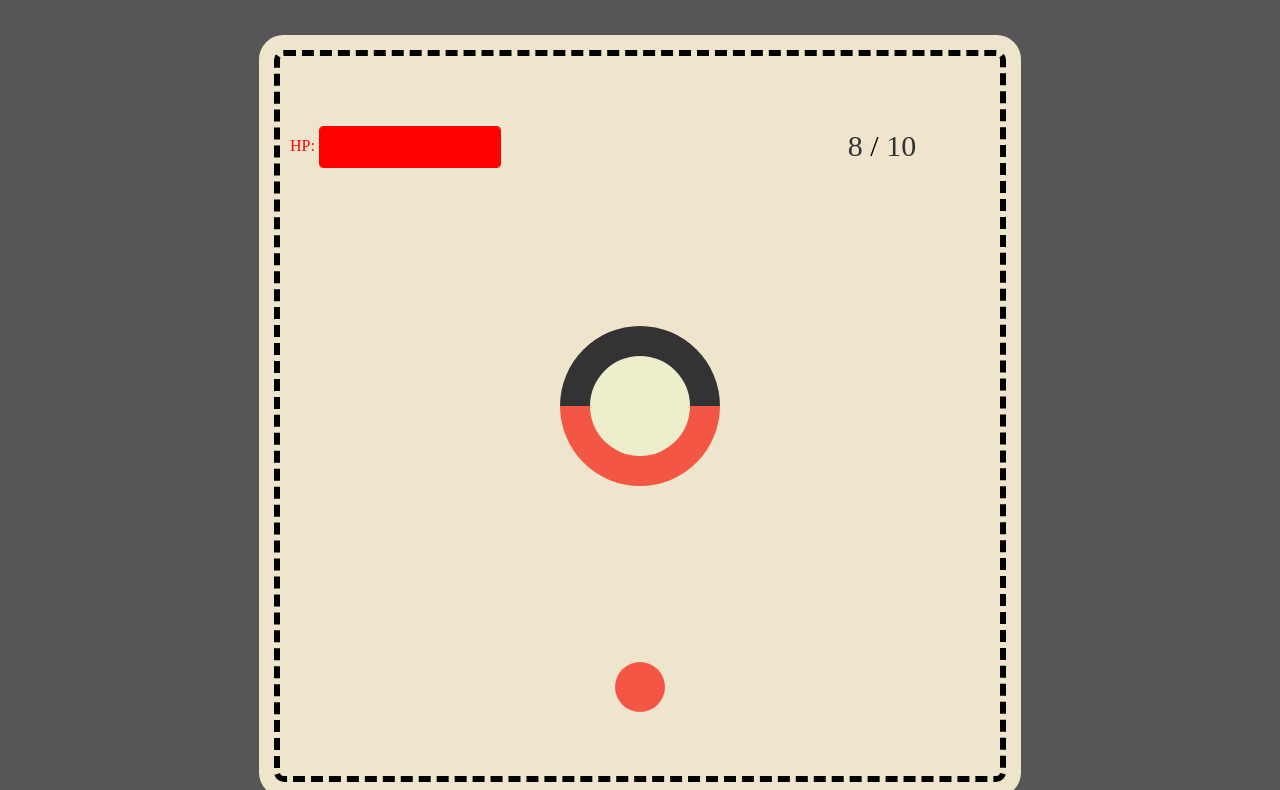
Repository: EEETA/ball-game
Page: theBall2/index.html
An editor plug-in stored every save of this project. The page is shown before and after a run of saves, followed by the edit.
The browser window is 1280 px wide. The pictures show the whole page.
After loading, the first visible `button.start` was clicked once.

Above is the page before, as saved 2018-07-29 17:04:07.

### theBall2/index.html
<!DOCTYPE html>
<html lang="en">
<head>
    <meta charset="UTF-8">
    <title>theBall</title>
	<link rel="stylesheet" href="style/index.css">
    <script src="js/jquery-1.8.3.min.js"></script>
	<script src="js/jquery.rotate.min.js"></script>
</head>
<body>
    <section class="box">
        <!-- 旋转div -->
        <section class="ball ballZhuan">
            <div class="redPart_box">
                <div class="redPart"></div>
            </div>
            <div class="blackPart_box">
                <div class="blackPart"></div>
            </div>
            <div class="middlePart"></div>
        </section>
        <div class="ball2"></div>

        <section class="idx_pattern">
            <!-- 主界面-游戏模式 -->
        </section>
        <section class="idx_intro">
            <!-- 主界面-游戏玩法 -->
        </section>

        <section class="game_mask">
        <!-- 游戏界面-娱乐模式遮罩提示层 -->
        </section>
        <div class="arrow">
            <!-- 升级效果 -->
        </div>
        <section class="game_shootBox">
            <!-- 游戏界面-小球发射 -->
        </section>
        <section class="game_fraction">
            <!-- 游戏界面-分数血量显示 -->
        </section>
        <section class="game_hanlder">
            <!-- 游戏界面-结束模块 -->
        </section>
    </div>

    <script src="data/data.js"></script>
    <script>
        const patternLen = pattern.length;
        const idxPattern = document.querySelector('.idx_pattern');
        const idxIntro = document.querySelector('.idx_intro');
        const gameShootBox = document.querySelector('.game_shootBox');
        const gameFraction = document.querySelector('.game_fraction');
        const gameHanlder = document.querySelector('.game_hanlder');
        const gameMask = document.querySelector('.game_mask');
        var my=[];
        /*主界面-游戏模式*/
        for(var i=0;i<patternLen;i++){
            let idxPatternMain=`<div class="playWrap">
                                    <div class="playTit"> ${pattern[i].patternName} </div>
                                    <div class="playIntroduce">
                                        <div class="playIntroduceTxt">1.通关条件 <span style="color:#EE8E4E"> ${pattern[i].explain.condition} </span></div>
                                        <div class="playIntroduceTxt">2. ${pattern[i].explain.produce} </div>
                                    </div>
                                    <button class="start">START</button>
                                </div>`
            idxPattern.innerHTML+=idxPatternMain;
        }
        /*主界面-游戏玩法*/
        let produceTxt=`<div class="introTxt">
                            <div>
                                1.按空格键/AD可旋转 <img src="img/img1.png" alt="" class="sizeOne">
                            </div>
                            <div>
                                2.当<img src="img/img2.png" alt="" class="sizeOne">掉落时,根据模式将 <img src="img/img1.png" alt="" class="sizeOne"> 旋转到对应的颜色即可得1分,反之<span style="color:red">HP-1</span>
                            </div>
                            <div>
                                3.进入游戏后，每个玩家血量为5,右上角为分数面板 <img src="img/img3.png" alt="" class="sizeTwo"> 左侧为当前分数,右侧为当前关卡上限,分数达到上限即可进入下一关
                            </div>
                        </div>
                        <button class="introTxtBtn">游戏玩法</button>`
        idxIntro.innerHTML=produceTxt;



        /*游戏界面-小球发射*/
        let gameShootBoxMain=`<div class="top">
                                    <div class="div_middle"></div>
                                </div>
                                <div class="bottom">
                                    <div class="div_middle"></div>
                                </div>
                                <div class="left">
                                    <div class="div_middle"></div>
                                </div>
                                <div class="right">
                                    <div class="div_middle"></div>
                                </div>`
        gameShootBox.innerHTML+=gameShootBoxMain;
        /*游戏界面-分数血量显示*/
        let gameFractionMain=`<div class="life">HP:
                                    <div class="hp_div">
                                        <div class="hp_div_main"></div>
                                    </div>
                                </div>
                                <div class="fraction">
                                    <span class="fraction_left"></span>
                                    /
                                    <span class="fraction_right"></span>
                                </div>`
        gameFraction.innerHTML=gameFractionMain;
        /*游戏界面-结束模块*/
        let gameHanlderMain=`<div class="interface">
                                <div class="over">Game Over</div>
                                <div class="success">成功通关</div>
                            </div>
                            <div class="button_box">
                                <button class="button_left">再玩一次</button>
                                <button class="button_right">返回大厅</button>
                            </div>`
        gameHanlder.innerHTML=gameHanlderMain;
        /*游戏界面-娱乐模式遮罩提示层*/
        let gameMaskMain=`<div class="Mask_span">
                                <span>按A键向左转</span>
                                <span>按D键向右转</span>
                            </div>
                            <span class="Mask_p">- 按空格键继续 -</span>`
        gameMask.innerHTML=gameMaskMain;
    </script>
    <script src="js/index.js"></script>
    <script src="js/animation.js"></script>
</body>
</html>

### theBall2/style/index.css
@charset "UTF-8";
/**
 * @date  2017-10-01 19:56:58
 * @name  Elderly EEETA
 */
html{background: #565656;}
body{-webkit-user-select:none;-moz-user-select:none;-ms-user-select:none; user-select:none;}
input{border: none;outline: none;-webkit-tap-highlight-color: #000000;-webkit-tap-highlight-color: rgba(0, 0, 0, 0);}
button{outline: none;}

.box{
    position: relative;
    margin: 50px auto 0;
    overflow: hidden;
    width: 1080px;
    height: 720px;
    background: #eee5cc;
    border: 6px dashed #000;
    box-shadow: 0 0 0 15px #eee5cc;
    border-radius: 10px;
}
/*两种小球制作*/
.ball{
    position: relative;
    width: 160px;
    height: 160px;
    margin:60px auto 0;
    /* transform:rotate(0deg);
    -ms-transform:rotate(0deg);
    -moz-transform:rotate(0deg);
    -webkit-transform:rotate(0deg);
    -o-transform:rotate(0deg); */
    opacity:1
}
.redPart_box,.blackPart_box{
    height: 50%;
    overflow:hidden;
}
.redPart,.blackPart{
    position: relative;
    height: 160px;
    width: 160px;
    border-radius:50%
}
.redPart{background: #f45646;}
.blackPart{background: #333;top:-100%}
/* .redPart{background: #ff9b9b;}
.blackPart{background: #2aa1a7;top:-100%} */
.middlePart{
    position: absolute;
    left: 30px;
    top: 30px;
    width: 100px;
    height:100px;
    border-radius: 50%;
    background:#eec;
}
.ballZhuan{
    animation-name:rotate;
    animation-iteration-count: infinite;
    animation-duration: 4s;
    animation-timing-function: linear;
}
@keyframes rotate{
    0%{
        transform:rotate(0deg)
    }
    100%{
         transform:rotate(360deg)
    }
}


.top,.bottom{position: absolute;width: 100%;height: 50px;}
.left,.right{position: absolute;width: 50px;height: 662px}
.left{left: -50px}
.right{right: -50px}
.top{top: -50px}
.bottom{bottom:-50px}
.left .div_middle,.right .div_middle{position: absolute;top: 106px;}
.div_middle{width: 50px;height: 50px;margin: 0 auto;position: relative;}
.div_ball{height:50px;width: 50px;background:#f45646;border-radius: 50%;position: absolute;top: 0;left: 0}
.ball_middle{height: 75px;width:75px;border-radius: 50%;background: #333;opacity:0.5;position: absolute;top: calc(50% - 37px);left:calc(50% - 37px)}

.game_fraction{
    width: 100%;
    height: 80px;
    top:50px;
    position: absolute;
    display: none;
}
.life{width: 60%;height: 100%;display: inline-block;line-height: 80px;text-indent: 10px;color:#f00;}
.fraction{width: 30%;height: 100%;text-align: center;line-height: 80px;float: right;margin-right: 10px;font-size: 30px;}
.fraction span{color:#333;}
.firworks{width: 4px;height: 4px;position: absolute;border-radius: 50%}
.over,.success{position: absolute;top:43%;font-size: 60px;opacity:0;z-index: 30;width: 100%;text-align: center;}
.arrow{height: 300px;width: 500px;position: absolute;top: calc(50% - 150px);left: calc(50% - 250px);}
.arrow span{font-size: 30px;color: #333;position: absolute;left: calc(50% - 145px);top: 150px;opacity: 0;height: 100px;width: 300px;text-align: center;}
 .img{height:80px;width: 30px;position: absolute;}

.ball2{
    width: 0;
    height: 0;
    border-top:20px solid #f45646;
    border-bottom: 20px solid #333;
    border-left:20px solid #efa97a;
    border-right:20px solid #6dd3ce;
    border-width: 86px;
    position: absolute;
    top: calc(50% - 90px);
    left: calc(50% - 85px);
    opacity: 0;
    /* z-index: 10;
    transform:rotate(0deg); */
    /* border-radius: 50%; */
}

.button_box{
    position: absolute;
    left:0;
    right:0;
    bottom:45px;
    margin:0 auto;
    width: 380px;
    display: none;
    opacity: 0;
}
.button_left,.button_right{
    height: 46px;
    width: 150px;
    background:#333;
    border-radius:3px;
    font-size: 24px;
    color:#fff;
    cursor:pointer;
    border:none;
}
.button_left:hover,.button_right:hover{background: #f45646;}
.button_left{float:left;}
.button_right{float:right;}


/************************************游戏玩法***********************************/
.introTxtBtn{
    position: absolute;
    bottom: 34px;
    font-size: 20px;
    cursor:pointer;
    z-index: 1000;
    left: calc(50% - 50px);
    height: 40px;
    width: 100px;
    text-align: center;
    line-height: 40px
}
.introTxtBtn:hover{
    background: #333;
    color: #fff;
}
.introTxt{
    width: 500px;
    height: 530px;
    left: calc(50% - 250px);
    top: calc(50% - 300px);
    line-height: 40px;
    background: #fff;
    border-radius: 5px;
    display: none;
    z-index: 1001;
    position: absolute;
}
.sizeOne,.sizeTwo{
    position:relative;
    top: 10px;
}
.sizeOne{width: 40px;}
.sizeTwo{width: 80px;}
.introTxt div{margin:30px auto;width: 90%;font-size: 24px}
.introTxt p{display: inline-block;}



.hp_div{display: inline-block;width: 180px;height: 40px;border:1px solid red;vertical-align:middle;border-radius: 4px;}
.hp_div_main{height: 100%;width: 100%;background: red;border-radius: 3px;}


.game_mask{
    display: none;
    position: absolute;
    width: 100%;
    height: 100%;
    top: 0;
    left: 0;
    background: rgba(51,51,51,.5);
    font-size: 30px;
    color: #fff;
    z-index: 1;
}
.Mask_span{
    position: absolute;
    top:calc(50% - 100px);
    opacity: 1;
    width: 100%;
    text-align: center;
    line-height: 100px;
}
.Mask_span span{
    display: block;
}
.Mask_p {
    position: absolute;
    bottom: 150px;
    width: 100%;
    text-align: center;
    font-size:40px;
    color: #000;
    animation-name:opacity;
    animation-iteration-count: infinite;
    animation-duration: 1.8s;
}
@keyframes opacity{
    0%{
        opacity:0
    }
    50%{
        opacity: 1
    }
    100%{
        opacity:0
    }
}


/*playFour*/
.idx_pattern{
    overflow:auto;
    position: relative;
    margin: 0 auto;
    width: 90%;
    margin-top: 90px;
}
.playWrap{
    overflow: hidden;
    position: relative;
    float:left;
    width: 32%;
    height: 280px;
    background:#fff;
    color:#333;
    border-top: 30px solid;
}
.playWrap:nth-child(2){margin: 0 2%;}
.playWrap:hover{
    background: rgba(255,255,255,.7)
}
.playTit{
    /* width: 100%; */
    border-bottom: 1px solid #000;
    font-size: 24px;
    line-height: 50px;
    text-indent: 10px;
}
.playIntroduce{
    font-size: 18px;
    text-align: left;
    line-height: 30px;
    margin: 0 auto;
    width: 94%;
}
.start{
    position:absolute;
    bottom:0;
    left:0;
    right:0;
    width: 200px;
    height: 46px;
    background: #EE8E4E;
    color: #fff;
    outline: none;
    margin: 0 auto 20px;
    cursor: pointer;
    border: none;
}
.start:hover{background: rgba(51,51,51,1)}

### theBall2/data/data.js

/*
patternName：模式名称
explain：游戏说明
condition：过关条件
produce：关卡介绍
tip：其他
*/
var pattern=[
    {
        patternName:'标准模式',
        explain:{
            condition:'100分',
            produce:'关卡为5个，得满100分即为通关',
            tip:''
        }
    },
    {
        patternName:'颠倒模式',
        explain:{
            condition:'60分',
            produce:'关卡为3个，小球撞击位置需与发球相反，游戏难度随得分增加',
            tip:''
        }
    },
    {
        patternName:'娱乐模式',
        explain:{
            condition:'无',
            produce:'关卡不限，游戏难度随得分增加',
            tip:''
        }
    }
]
var gameInit=[
    {
        hp:1,
        hp_box:10,
        fraction:0,
        toplimit:10,

    }
]
// var gameHanlder={
//     gameOver="Game Over",
//     gameSuccess="游戏通关",
// }

### theBall2/js/index.js
/**

 * @date  2017-10-01 20:37:27
 * @name  Elderly
 */
// var time=new Date();
var numList,
background,
num,
box_num,
hp,/*当前血量*/
hp_box,//总血量
fail_hp,/*当前血量*/
fractionNow,//得分
fractionNeed,//升级需要得分
speed,
delayed,
num_number,
box_num_number,
direction,
box,
interval,
this_ball,
switch_1,
switch_2,
switch_3,
negative,
numbox,
ttSet;

switch_1=0;
switch_2=0;
switch_3=0;
numList=0;
negative=0;
delayed=0;
speed=1200;
degree=-180;/*旋转度数*/
interval=300;/*旋转时间差*/
num_number=2;
box_num_number=2;
ttSet=300;
box=$('.ball');

const idxW=1080;/*主界面宽高*/
const idxH=720;
const gameW=720;/*游戏宽高*/
const gameH=720;

const start=document.querySelectorAll('.start');
let again;/*再来一次时用来判断模式*/

window.onload=function(){
    $('.ball').addClass("ballZhuan");
    $(".introTxtBtn").mouseover(function(){ $('.introTxt').stop().fadeIn(400);})
	$(".introTxtBtn").mouseout(function(){ $('.introTxt').stop().fadeOut(400);})
    choose();
}

function choose(){//进入对应模式
	for(let i=0;i<start.length;i++){
        start[i].onclick=function(){
            $('.idx_pattern').fadeOut(300);
            $('.introTxtBtn').fadeOut(300);
            again=i;
            initInfo(i);
            ball(i);
        }
	}
}

function initInfo(numberMode){
    hp=10;
    hp_box=10;
    fail_hp=hp*100/hp_box;
    fractionNow=8;
    if(!numberMode){fractionNeed=10;}
    else{fractionNeed="∞";}

    /*颠倒模式互换颜色*/
	if(numberMode==1){
		$('.redPart').css('background','#333');
		$('.blackPart').css('background','#f45646');
    }

	// if(numberMode==2){
	// 	speed=1400;
	//     numList=-360;
	//     num_number=4;
	//     box_num_number=4;
	//     degree=-90;
	// 	delayed=1100;
	// }
	// if(again==2&&switch_2==1){
	// 	box.rotate({
    //         animateTo:numList-180,
    //         duration:450,
    //     });
	// }
    $('.fraction_left').html(fractionNow);
    $('.fraction_right').html(fractionNeed);
    $('.hp_div_main').animate({width:fail_hp+"%"});
}

function ball(numberMode){
    // setTimeout(function(){
		box_animation(gameW,gameH,500);
   		$('.game_fraction').fadeIn(500);
     	$('.ball').animate({top:'210px'},500,function(){
            $(this).removeClass("ballZhuan");
            if(numberMode!=2){
            	$(this).rotate({animateTo:-180,duration:600});
            	numList=-180;
            }
            // else if(numberMode==2&&switch_2==0){
            // 	if(switch_3){
        	// 		rotate_transition(".ball",".ball2");
            // 		appendball('.div_middle');
            // 		switch_2=1;
            // 	}else{
            //         Mask();
            //         rotate_transition(".ball",".ball2");
            // 	}
            // }
        	setTimeout(function(){
        		appendball(numberMode);
        	},600)
    	})
	// },ttSet)
}

/*关卡设置*/
// function levelUp(numberMode){
// 	if(numberMode==0 || numberMode==2){
// 		if(fractionNow%10==0){
// 	        callarrow("速度加快");
// 			speed-=100;
// 	        delayed=1100;
// 		}
// 	}
// 	if(numberMode==1){
// 		if(fractionNow==10){
// 	        callarrow("速度加快");
// 	        speed-=200;
// 	        fractionNeed=30;
// 	        delayed=1100;
// 		}
// 	    if(fractionNow==30){
// 	        callarrow("lalala");
// 	        speed-=100;
// 	        fractionNeed=50;
// 	        delayed=1100;
// 	    }
// 	}
// }

function appendball(numberMode){  //生成小球
    if(hp<=0){
        $('.over').animate({opacity:1},600,function(){
            $('.button_box').css('display','block');
            $('.button_box').animate({opacity:1},800,function(){
                switch_3=1;
            })});
        return;
    }
	if(numberMode==1&&fractionNow==50){
        $('.success').animate({opacity:1},600,function(){
	            $('.button_box').css('display','block')
	            $('.button_box').animate({opacity:1},800)
	        });
	    return;
   }
    if(numberMode==2){
	    box=$('.ball2');
	    return;
    }

	// levelUp(numberMode);
    $('.fraction_right').html(fractionNeed);

    ballFour=new Array();
    ballFour[0]="#f45646";
    ballFour[1]="#333";
    ballFour[2]="#efa97a";
    ballFour[3]="#6dd3ce";

    num=parseInt(Math.random()*num_number);
    box_num=parseInt(Math.random()*box_num_number);
    $('<div class="div_ball" style="background:'+ballFour[num]+';z-index:10"></div>').appendTo($('.div_middle')[box_num]);
    this_ball=$('.div_ball');
    setTimeout(function(){ballmove(this_ball,box_num,numberMode)},delayed);
}

/*小球运动*/
function ballmove(this_ball,box_num,numberMode){
    delayed=0;
    box_num < 2 ? (box_num==0 ? range=350 : range=-350) : (box_num==2 ? range=350 : range=-350);
    box_num < 2 ? direction='top' : direction='left';
    this_ball.animate(
        {[direction]:""+range+"px"},
        {duration:speed,
         easing:'linear',    // easing:'linear' 匀速直线运动
            progress:function(){
                var this_height=Math.floor($(this).offset().top)+$(this).height();
                var this_width=Math.floor($(this).offset().left)+$(this).width();
                var box_top=box.offset().top;
                var box_left=box.offset().left;
                var box_height=box.offset().top+box.height();
                var box_width=box.offset().left+box.width();

                if(box_num_number == 2){ //两个方向
                    if(box_num < 2){  //上下
                        if(range==350){  //向下
                            if(this_height>=box_top+2){
                                movejudge(this,-270,-0,-90,-180,4,numberMode);
                            }
                        }else if(range==-350){  //向上
                            if($(this).offset().top<=box_height){
                                movejudge(this,-90,-180,-270,-0,4,numberMode);
                            }
                        }
                     }
                }
                // else if(box_num_number==4){ //四个方向
                //     if(box_num < 2){  //上下
                //         if(range==350){  //向下
                //             if(this_height>=box_top+2){
                //                  movejudge(this,-270,-0,-90,-180,5,numberMode);
                //             }
                //         }else if(range==-350){  //向上
                //             if($(this).offset().top<=box_height+170){
                //                  movejudge(this,-90,-180,-270,-0,5,numberMode);
                //             }
                //         }
                //     } else if(box_num >= 2){   //左右
                //         if(range==350){    //向右
                //             if(this_width>=box_left+2){
                //                 movejudge(this,-0,-90,-180,-270,5,numberMode);
                //             }
                //         }else if(range==-350){  //向左
                //             if(this_width <= box_width+218){
                //                  movejudge(this,-180,-270,-0,-90,5,numberMode);
                //             }
                //         }
                //     }
                // }
            }
        }
    )
}


/*再来一遍&&返回大厅*/
$('.button_left').click(function(haha,gameInit){
    $('.over,.success,.button_box').animate({opacity:0},200);
    $('.button_box').css('display','none');

	speed=1200;
    ttSet=0;
    initInfo(again);
    ball(again);
    // if(again==2){
	//     produceFn('.div_middle');
    // }else{
    //     // produceFn(again);
    //     initInfo(again);
    //     ball(again);
    // }
});

// $('.button_right').click(function(){
// 	box_animation(idxH,idxW,500);
// 	degree=-180;
// 	negative=0;
// 	speed=1200;
//     numList=0;
// 	delayed=0;
// 	num_number=2;
// 	box_num_number=2;
// 	$('.blackPart').css('background','#333');
// 	$('.redPart').css('background','#f45646');
//     rotate_transition(".ball2",".ball");
// 	box=$('.ball');
// 	switch_2=0;
// 	if(again!=2){
// 		switch_3=0;
// 	}else{
// 		switch_3=1;
// 	}

// 	/*返回主界面*/
//    	$('.game_fraction').fadeOut(300);
//    	$('.button_box').fadeOut(300);
//     $('.over').animate({opacity:0},100);
//     $('.success').animate({opacity:0},100);
//     $('.ball').animate({top:'0px'}, 500,function(){
//         $(this).addClass("ballZhuan");
// 	})
// 	setTimeout(function(){
// 		$('.introTxtBtn').fadeIn(300);
// 		$('.idx_pattern').fadeIn(300);
//    	},800)
// })

document.addEventListener('keydown',ballPlay,false);
function ballPlay(haha){
    if(box_num_number==2&&event.keyCode==32){  //只有两种颜色
        // if(new Date()-time > interval){
            // console.log(speed);
            numList+=degree;
            box.rotate({
                animateTo: numList,
                duration:450,
            });
            // time=new Date();
        // }
    }
    // else if(box_num_number==4){  //四钟颜色
    //     if(event.keyCode==32 && switch_2==0 && switch_3==0){   //遮罩按空格
    //         switch_1=1;
    //         $('.game_mask').fadeOut(500);
    //         $('.Mask_p').fadeOut(200);
    //         $('.Mask_span').fadeOut(500);

	//       	appendball('.div_middle');
	//       	switch_2=1;
    //     }
    //     if(event.keyCode==65){   //左
    //         numList+=degree;
    //         negative=numList;
    //         if(numList>0){   //度数往右转 度数变为正数时
    //             if(numList%360==90 || numList%360==270){
    //                 negative=-numList-180;
    //             }
    //             if(numList%360==0 || numList%360==180){
    //                 negative=-negative
    //             }
    //         }
    //         box.rotate({
    //                 animateTo: numList,
    //                 duration:340,
    //         });
    //     }
    //     if(event.keyCode==68){  //右
    //         numList-=degree;
    //         if(numList<0) negative+=degree;
    //         if(numList>0) {
    //             if(numList%360==0 || numList%360==180){
    //                 negative=-numList;
    //             }
    //             if(numList%360==90 || numList%360==270){
    //                 negative=-numList-180;
    //             }
    //         };
    //         box.rotate({
    //                 animateTo: numList,
    //                 duration:340,
    //         });
    //     }
  	// }
}

Loaded but not shown: theBall2/js/jquery-1.8.3.min.js (library); theBall2/js/jquery.rotate.min.js (library); theBall2/js/animation.js (162 lines, source omitted)

After the next 2 saves:
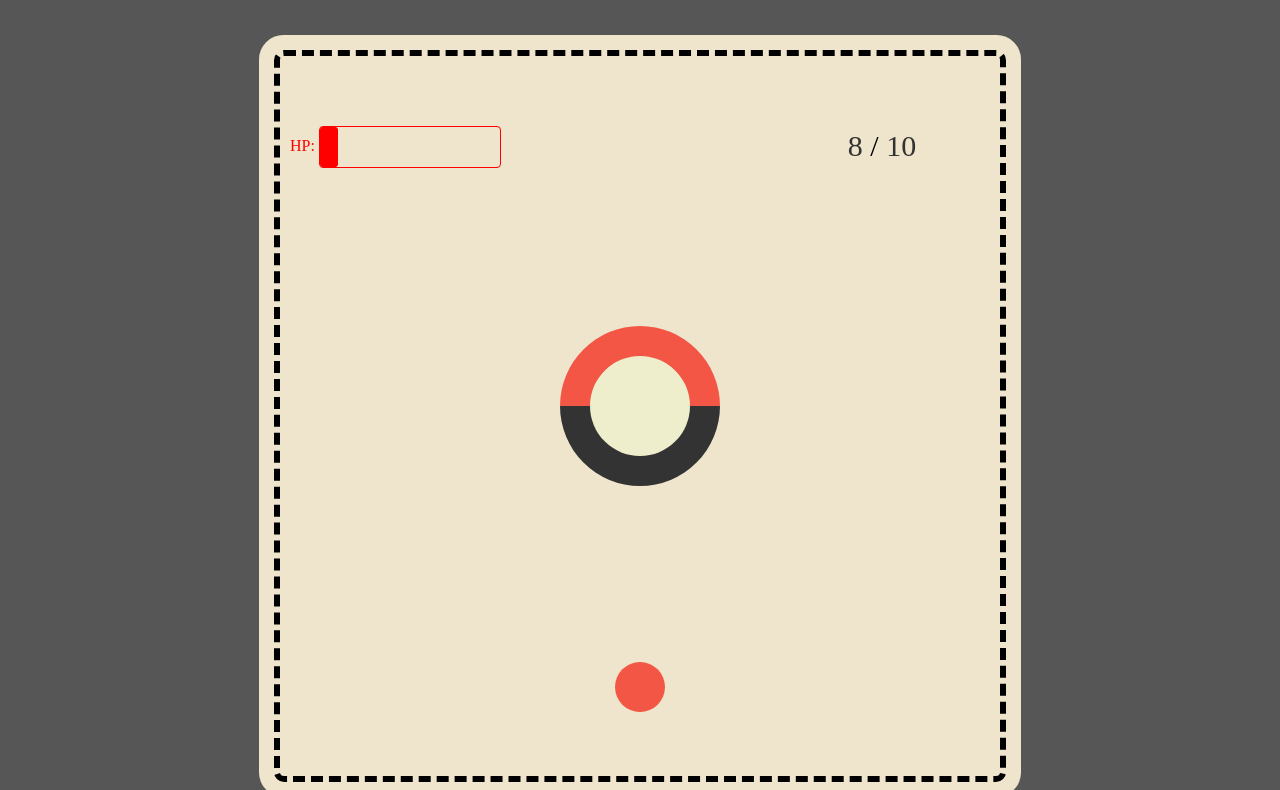
The 2 saves are shown as one change because they came seconds apart.
The last was saved 60 s later.
--- a/theBall2/js/index.js
+++ b/theBall2/js/index.js
@@ -70,7 +70,7 @@ function choose(){//进入对应模式
 }
 
 function initInfo(numberMode){
-    hp=10;
+    hp=1;
     hp_box=10;
     fail_hp=hp*100/hp_box;
     fractionNow=8;
@@ -109,7 +109,7 @@ function ball(numberMode){
      	$('.ball').animate({top:'210px'},500,function(){
             $(this).removeClass("ballZhuan");
             if(numberMode!=2){
-            	$(this).rotate({animateTo:-180,duration:600});
+            	// $(this).rotate({animateTo:-180,duration:600});
             	numList=-180;
             }
             // else if(numberMode==2&&switch_2==0){
